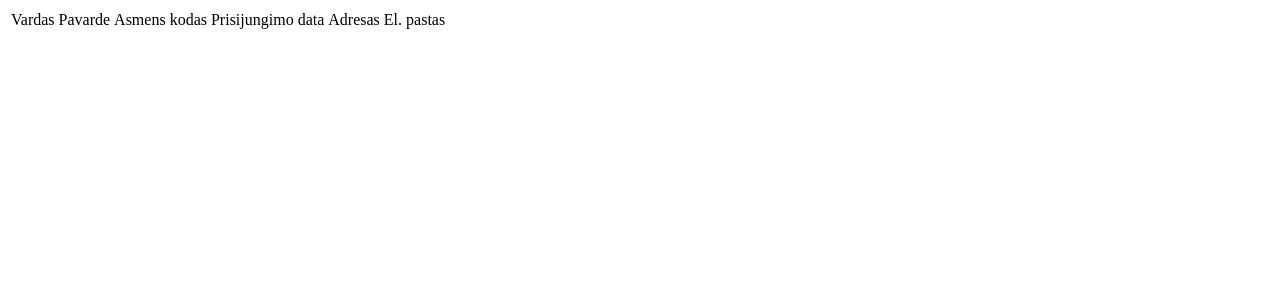
Repository: motiejus1/29-paskaita-05.31
Page: index.html
These files come from the project's save history. The page is drawn as it stood at one moment and after a run of saves; the edit follows.
The browser window is 1280 px wide. The pictures show the whole page.

Above is the page before, as saved 2021-07-21 18:27:26.

### index.html
<!DOCTYPE html>
<html lang="en">
<head>
    <meta charset="UTF-8">
    <meta http-equiv="X-UA-Compatible" content="IE=edge">
    <meta name="viewport" content="width=device-width, initial-scale=1.0">
    <title>29 paskaita</title>
</head>
<body>
    <table>
        <tr class="klientas">
            <td>Vardas</td>
            <td>Pavarde</td>
            <td>Asmens kodas</td>
            <td>Prisijungimo data</td>
            <td>Adresas</td>
            <td>El. pastas</td>
        </tr>
        <tr class="klientas">
        </tr>
        <tr class="klientas">
        </tr>
        <tr class="klientas">
        </tr>
    </table>



    <script>
        "use strict";

// 3. Susikurti objektą "Klientas".
// Kintamieji:
// vardas
// pavarde
// asmens kodas
// prisijungimo data
// adresas
// elpastas.

// Sukurti 200 "Klientas" objektų masyvą. "Klientas" duomenis užpildyti savo nuožiūrą.
// Visą "Klientas" objektų masyvą atvaizduoti lentelėje <table>.

    function getRndInteger(min, max) {
        return Math.floor(Math.random() * (max - min + 1) ) + min;
    }



    var klientuMasyvas = [];

    for(var i=0; i< 200; i++) {

        var klientas = {
            vardas: "",
            pavarde: "",
            asmensKodas: "",
            prsijungimData: "",
            adresas: "",
            elpastas: ""
        }

        klientas.vardas = "vardas"+(i+1);
        klientas.pavarde = "pavarde"+(i+1);
        // klientas.asmensKodas = "3985254515" + (i+1);
        klientas.asmensKodas = getRndInteger(3985254515, 3999999999);
        klientas.prsijungimData = new Date();
        klientas.adresas = "adresas" + (i+1);
        klientas.elpastas = "testinis"+(i+1) + "@gmail.com";
        klientuMasyvas.push(klientas);
    }

    console.log(klientuMasyvas);

    </script>
</body>
</html>

After the next 3 saves:
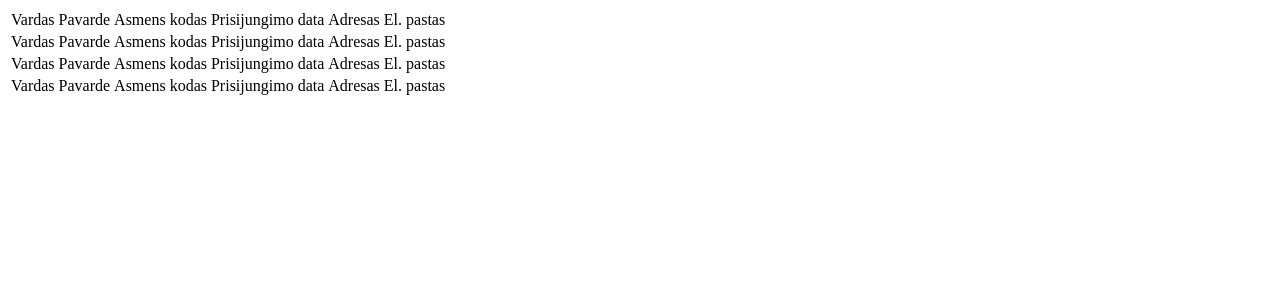
The 3 saves are shown as one change because they came seconds apart.
The last was saved 12 s later.
--- a/index.html
+++ b/index.html
@@ -17,10 +17,28 @@
             <td>El. pastas</td>
         </tr>
         <tr class="klientas">
+            <td>Vardas</td>
+            <td>Pavarde</td>
+            <td>Asmens kodas</td>
+            <td>Prisijungimo data</td>
+            <td>Adresas</td>
+            <td>El. pastas</td>
         </tr>
         <tr class="klientas">
+            <td>Vardas</td>
+            <td>Pavarde</td>
+            <td>Asmens kodas</td>
+            <td>Prisijungimo data</td>
+            <td>Adresas</td>
+            <td>El. pastas</td>
         </tr>
         <tr class="klientas">
+            <td>Vardas</td>
+            <td>Pavarde</td>
+            <td>Asmens kodas</td>
+            <td>Prisijungimo data</td>
+            <td>Adresas</td>
+            <td>El. pastas</td>
         </tr>
     </table>
 
